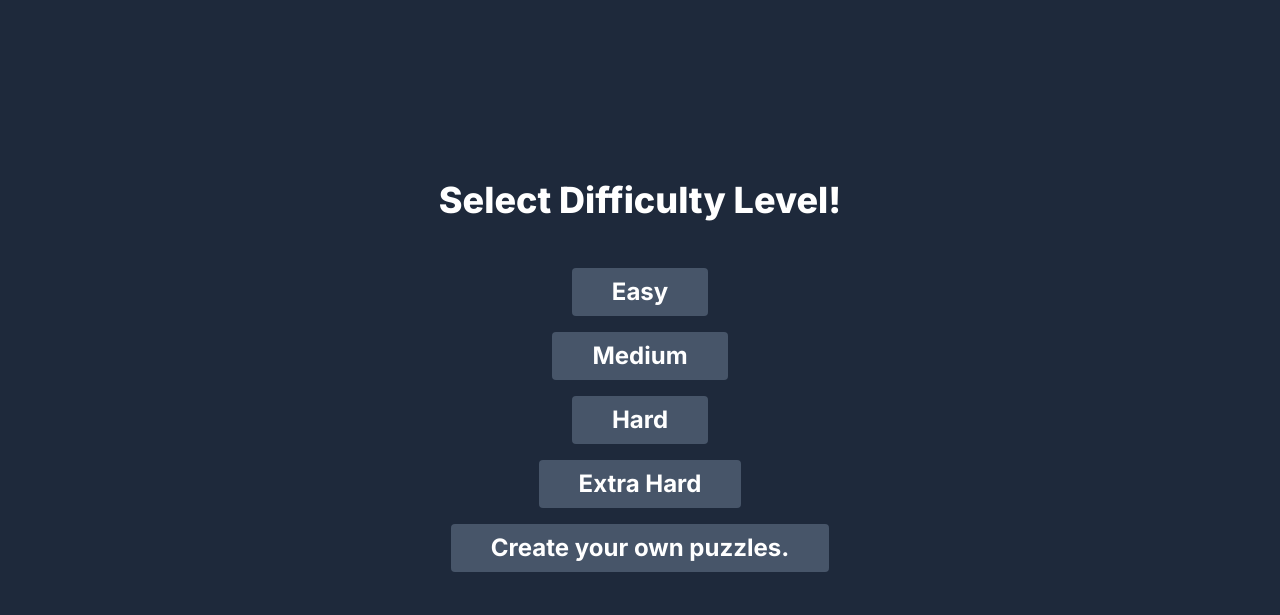
Repository: badhon252/sudoku
Page: /level
An editor plug-in stored every save of this project. The page is shown before and after the next save, followed by the edit.
The browser window is 1280 px wide. The pictures show the whole page.
The project was rebuilt for these pictures with package versions that can differ from the ones it lists, and the page was loaded fresh each time. The framework's server and built-in components were replaced by stand-ins that run in the browser. Also part of the build but not shown: next.config.js.

Above is the page before, as saved 2023-06-04 21:56:41.

### app/level/page.tsx
import React from 'react'

export default function Level() {
  return (
    <div className='min-h-screen flex flex-col items-center justify-center bg-slate-800 text-white'>
        <h1 className='text-4xl font-extrabold my-10'>Select Difficulty Level! </h1>
        <button type='button' className='my-2 py-2 px-10 text-2xl font-bold bg-slate-600 rounded'>Easy</button>
        <button type='button' className='my-2 py-2 px-10 text-2xl font-bold bg-slate-600 rounded'>Medium</button>
        <button type='button' className='my-2 py-2 px-10 text-2xl font-bold bg-slate-600 rounded'>Hard</button>
        <button type='button' className='my-2 py-2 px-10 text-2xl font-bold bg-slate-600 rounded'>Extra Hard</button>

        <button type='button' className='my-2 py-2 px-10 text-2xl font-bold bg-slate-600 rounded'>Create your own puzzles.</button>
    </div>
  )
}

Loaded but not shown: app/layout.tsx (common file); app/globals.css (common file); tailwind.config.js (common file)

After the next save:
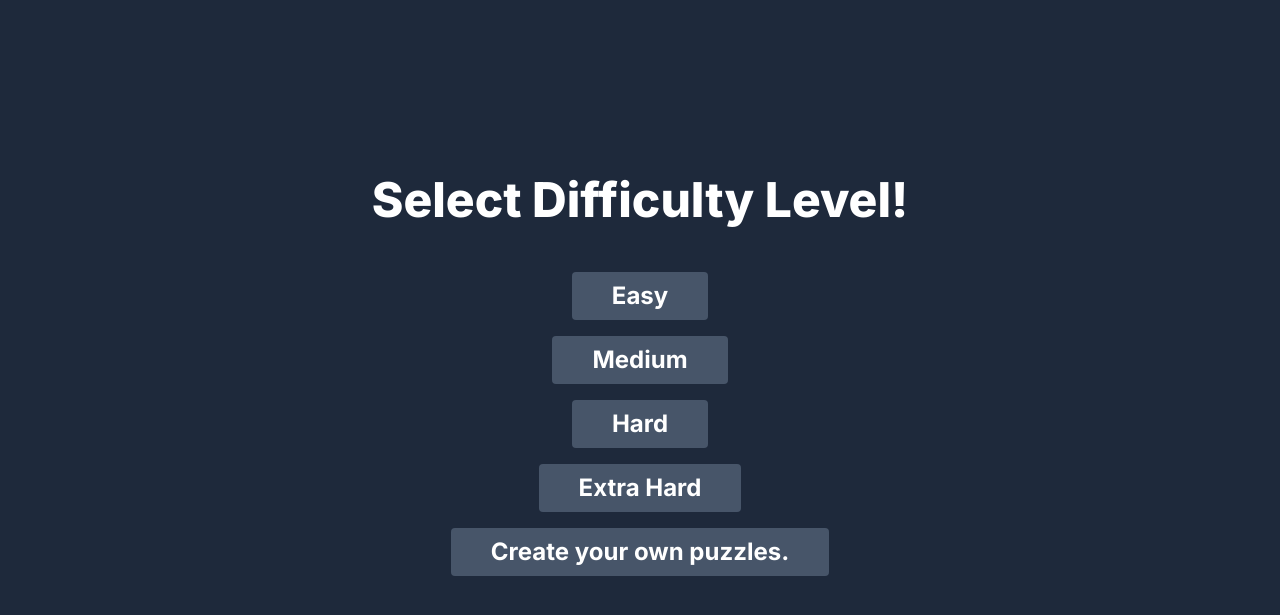
Saved 43 s later.
--- a/app/level/page.tsx
+++ b/app/level/page.tsx
@@ -3,7 +3,7 @@ import React from 'react'
 export default function Level() {
   return (
     <div className='min-h-screen flex flex-col items-center justify-center bg-slate-800 text-white'>
-        <h1 className='text-4xl font-extrabold my-10'>Select Difficulty Level! </h1>
+        <h1 className='text-5xl font-extrabold my-10'>Select Difficulty Level! </h1>
         <button type='button' className='my-2 py-2 px-10 text-2xl font-bold bg-slate-600 rounded'>Easy</button>
         <button type='button' className='my-2 py-2 px-10 text-2xl font-bold bg-slate-600 rounded'>Medium</button>
         <button type='button' className='my-2 py-2 px-10 text-2xl font-bold bg-slate-600 rounded'>Hard</button>
